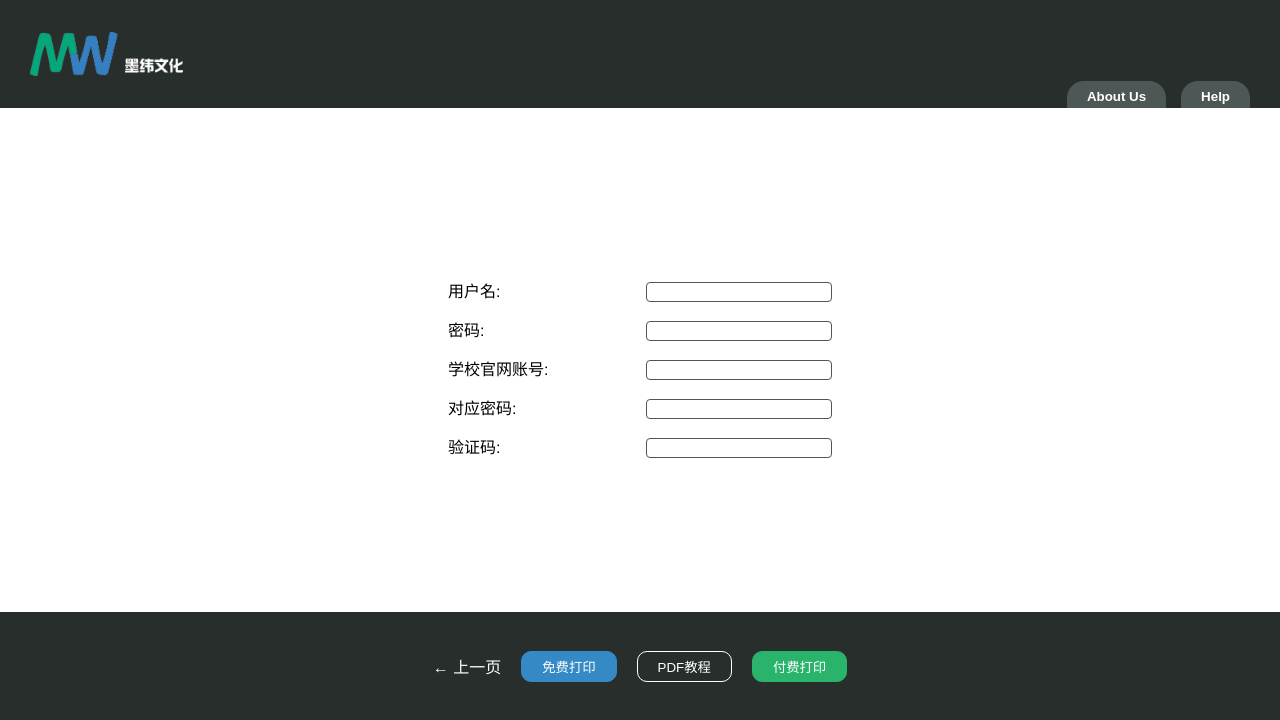
Repository: sucksucksucksuck/mw
Page: /#/register
The author's editor kept a copy of each file at every save. The page is drawn from the files as they stood at one save, then again after a run of saves.
The browser window is 1280 px wide. The pictures show the whole page.
The project was rebuilt for these pictures with package versions that can differ from the ones it lists, and the page was loaded fresh each time. Also part of the build but not shown: webpack.config.js, src/components/HelloWorld.vue, src/components/Suck.vue.

Above is the page before, as saved 2018-04-13 17:25:55.

### index.html
<!DOCTYPE html>
<html>
  <head>
    <meta charset="utf-8">
    <meta name="viewport" content="width=device-width,initial-scale=1.0">
    <title>mw文化</title>
  </head>
  <body>
    <div id="app">

    </div>
  </body>
</html>

### src/App.vue
<template>
  <div id="app">
    <header>
      <img src="./assets/images/logo.png" alt="">
      <div class="btn">
        <button type="button">About Us</button>
        <button type="button">Help</button>
      </div>
    </header>
    <div class="wrap">
      <router-view/>
    </div>
    <footer>
      <div @click='back'>
        ← 上一页
      </div>
      <button type="button" class="free">
        免费打印
      </button>
      <button type="button" class="pdf">
        PDF教程
      </button>
      <button type="button" class="pay">
        付费打印
      </button>
    </footer>
  </div>
</template>

<script>
  export default {
    name: 'App',
    methods: {
      back: function () {
        this.$router.go(-1)
      }
    }
  }

</script>

<style>
  #app {
    font-family: 'Avenir', Helvetica, Arial, sans-serif;
    -webkit-font-smoothing: antialiased;
    -moz-osx-font-smoothing: grayscale;
    text-align: center;
    color: #fff;
    background-color: #282E2C;
    height: 100%;
    display: flex;
    flex-direction: column;
    flex: 1;
    width: 100%;
    overflow: hidden;
    position: absolute;
    top: 0;
    left: 0;
  }

  header {
    background: #282E2C;
    height: 15%;
    justify-content: space-between;
    align-items: center;
    display: flex;
  }

  header .btn {
    margin-right: 30px;
    display: flex;
    flex-direction: row;
    justify-content: space-between;
    align-self: flex-end;
  }

  header .btn button {
    margin-left: 15px;
    border: none;
    background: rgba(225, 255, 255, 0.2);
    color: #fff;
    border-top-left-radius: 17px;
    border-top-right-radius: 17px;
    padding: 8px 20px 4px 20px;
    cursor: pointer;
    outline: none;
    font-weight: 600;
  }

  .wrap {
    flex: 1;
    display: flex;
    background: #fff;
  }

  header img {
    height: 40%;
    margin-left: 30px;
  }

  * {
    margin: 0;
  }

  footer {
    background: #282E2C;
    height: 15%;
    justify-content: center;
    display: flex;
    align-items: center
  }

  footer div {
    cursor: pointer;
  }

  footer div:hover {
    color: #3580C4;
  }

  .free {
    margin-left: 20px;
    border: 1px solid #3589C5;
    background: #3589C5;
    color: #fff;
    border-radius: 10px;
    padding: 5px 20px;
    cursor: pointer;
    outline: none;
  }

  .pdf {
    margin-left: 20px;
    border: 1px solid #fff;
    box-sizing: content-box;
    background: transparent;
    color: #fff;
    border-radius: 10px;
    padding: 5px 20px;
    cursor: pointer;
    outline: none;
  }

  .pay {
    margin-left: 20px;
    border: 1px solid #2AB36B;
    background: #2AB36B;
    color: #fff;
    border-radius: 10px;
    padding: 5px 20px;
    cursor: pointer;
    outline: none;
  }

</style>

### src/router/index.js
import Vue from 'vue'
import Router from 'vue-router'
import HelloWorld from '@/components/HelloWorld'
import Suck from '@/components/Suck'
import Register from '@/components/Register'
Vue.use(Router)

export default new Router({
  routes: [
    {
      path: '/',
      name: 'HelloWorld',
      component: HelloWorld
    },
    {
      path: '/suck',
      name: 'Suck',
      component: Suck
    },
    {
      path: '/register',
      name: 'Register',
      component: Register
    }
  ]
})

### src/components/Register.vue
<template>
  <!-- <div class="hello">
      <h1>{{ msg }}23234</h1>
    </div> -->
  <div class="register">
    <div class="item">
      <div>用户名:</div>
      <input type="text" name="name">
    </div>
    <div class="item">
      <div>密码:</div>
      <input type="text" name="name">
    </div>
    <div class="item">
      <div>学校官网账号:</div>
      <input type="text" name="name">
    </div>
    <div class="item">
      <div>对应密码:</div>
      <input type="text" name="name">
    </div>
    <div class="item">
      <div>验证码:</div>
      <input type="text" name="name">
    </div>
  </div>
</template>

<script>
  export default {
    name: 'Register'
  }

</script>

<!-- Add "scoped" attribute to limit CSS to this component only -->
<style scoped>
  .register {
    color: #000;
    display: flex;
    align-items: center;
    justify-content: center;
    flex: 1;
    flex-direction: column;
  }

  .item {
    display: flex;
    flex-direction: row;
    justify-content: space-between;
    width: 30%;
    margin-top: 15px;
  }

  .item div {
    align-self: flex-end;
  }

  input {
    align-self: flex-end;
    outline: none;
    border-radius: 4px;
    border: 1px solid #4D5856;
    padding-left: 5px;
    line-height: 16px;
    height: 16px;
  }

</style>

Loaded but not shown: src/main.js (common file)

After the next 2 saves:
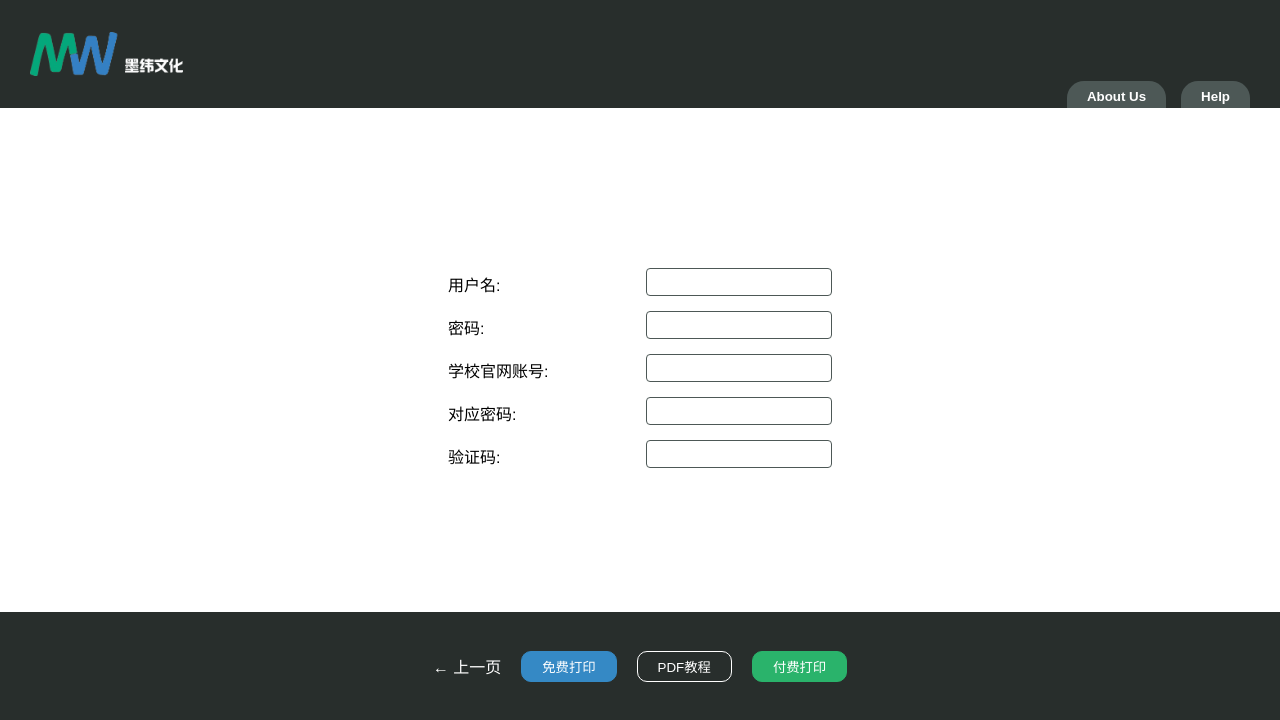
The 2 saves are shown as one change because they came seconds apart.
The last was saved 13 s later.
--- a/src/components/Register.vue
+++ b/src/components/Register.vue
@@ -62,8 +62,8 @@
     border-radius: 4px;
     border: 1px solid #4D5856;
     padding-left: 5px;
-    line-height: 16px;
-    height: 16px;
+    line-height: 24px;
+    height: 24px;
   }
 
 </style>
